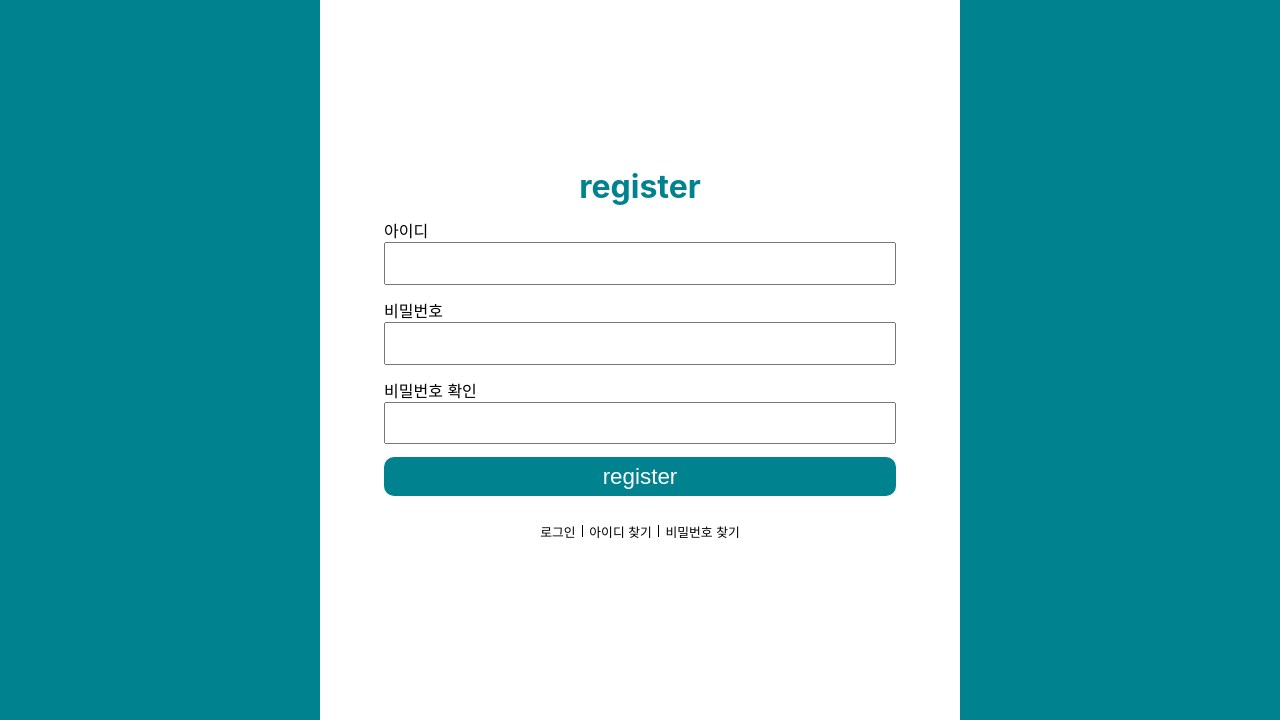
Repository: SeungYn/ticktickup-client
Page: /register
An editor plug-in stored every save of this project. The page is shown before and after the next save, followed by the edit.
The browser window is 1280 px wide. The pictures show the whole page.
The project was rebuilt for these pictures with package versions that can differ from the ones it lists, and the page was loaded fresh each time. Also part of the build but not shown: src/App.tsx, src/pages/Main.tsx, src/pages/TimeDetail.tsx, src/pages/MyInfo.tsx, src/components/common/ConfirmModal.tsx, src/containers/auth/LoginFormContainer.tsx, src/pages/LoginPage.tsx.

Above is the page before, as saved 2023-01-04 01:10:22.

### src/index.tsx
import React from 'react';
import ReactDOM from 'react-dom/client';
import { createBrowserRouter, RouterProvider } from 'react-router-dom';

import './index.css';
import App from './App';
import Main from './pages/Main';
import TimeDetail from './pages/TimeDetail';
import MyInfo from './pages/MyInfo';
import LoginContainer from './pages/LoginPage';
import RegisterPage from './pages/RegisterPage';
import { Provider } from 'react-redux';
import { store } from './modules';
import { ThemeProvider } from 'styled-components';

const root = ReactDOM.createRoot(
  document.getElementById('root') as HTMLElement
);

const router = createBrowserRouter([
  {
    path: '/',
    element: <App />,
    children: [
      { index: true, element: <Main /> },
      {
        path: 'TimeDetail',
        element: <TimeDetail />,
      },
      {
        path: 'Myinfo',
        element: <MyInfo />,
      },
    ],
  },
  {
    path: 'Login',
    element: <LoginContainer />,
  },
  {
    path: 'register',
    element: <RegisterPage />,
  },
]);

root.render(
  <Provider store={store}>
    <ThemeProvider theme={{ color: '#00838f' }}>
      <RouterProvider router={router}></RouterProvider>
    </ThemeProvider>
  </Provider>
);

### src/index.css
* {
  box-sizing: border-box;
}

html {
  height: 100%;
  width: 100%;
}

body {
  margin: 0;
  font-family: -apple-system, BlinkMacSystemFont, 'Segoe UI', 'Roboto', 'Oxygen',
    'Ubuntu', 'Cantarell', 'Fira Sans', 'Droid Sans', 'Helvetica Neue',
    sans-serif;
  -webkit-font-smoothing: antialiased;
  -moz-osx-font-smoothing: grayscale;
  height: 100%;
  width: 100%;
}

code {
  font-family: source-code-pro, Menlo, Monaco, Consolas, 'Courier New',
    monospace;
}

#root {
  height: 100%;
  width: 100%;
  background-color: #00838f;
  display: flex;
  justify-content: center;
}

input {
  outline: none;
}

h1,
h2 {
  margin: 0;
}

button {
  outline: none;
  background: none;
  border: none;
  cursor: pointer;
  padding: 0;
}

a {
  text-decoration: none;
  color: black;
}

a:visited {
  color: black;
}

### src/pages/RegisterPage.tsx
import React from 'react';
import RegisterFormContainer from '../containers/auth/RegisterFormContainer';

export default function RegisterPage() {
  const onSubmit = (e: React.FormEvent<HTMLFormElement>) => {
    e.preventDefault();
    console.log('submit');
  };
  return <RegisterFormContainer />;
}

### src/modules/index.ts
import { configureStore } from '@reduxjs/toolkit';
import authReducer from './auth';
import loadingReducer from './Loading';
import modalReducer from './modal';

export const store = configureStore({
  reducer: { auth: authReducer, loading: loadingReducer, modal: modalReducer },
});
export type RootState = ReturnType<typeof store.getState>;
export type AppDispatch = typeof store.dispatch;

### src/containers/auth/RegisterFormContainer.tsx
import { title } from 'process';
import React, { useEffect } from 'react';
import { useDispatch, useSelector } from 'react-redux';
import { useNavigate } from 'react-router-dom';
import AuthForm from '../../components/auth/AuthForm';
import { AppDispatch, RootState } from '../../modules';
import { authRegister, changeField, initialForm } from '../../modules/auth';
import { closeModal, openModal } from '../../modules/modal';

export default function RegisterFormContainer() {
  const navigate = useNavigate();
  const { register, authError, auth } = useSelector(
    (state: RootState) => state.auth
  );
  const { loading, modal } = useSelector((state: RootState) => state);
  const dispatch = useDispatch<AppDispatch>();
  const onSubmit = async (e: React.FormEvent<HTMLFormElement>) => {
    e.preventDefault();
    console.log('submit');

    const test = await dispatch(
      authRegister({ username: register.username, password: register.password })
    );
    console.log(test);
  };

  const onChange = (e: React.ChangeEvent<HTMLInputElement>) => {
    const { name, value } = e.target;
    dispatch(changeField({ form: 'register', name, value }));
  };

  const successRegister = () => {
    dispatch(closeModal());
    dispatch(initialForm());
    navigate('/login');
  };

  useEffect(() => {
    if (auth) {
      dispatch(openModal());
    }
  }, [auth]);

  return (
    <AuthForm
      type={'register'}
      form={register}
      onChange={onChange}
      onSubmit={onSubmit}
      loading={loading.loading}
      passwordMatch={register.passwordMatch}
      authError={authError}
      modalState={modal.state}
      modal={{
        title: '알림',
        content: '회원가입이 성공적으로 되었습니다.',
        callback: successRegister,
      }}
    />
  );
}

### src/modules/auth.ts
import { AxiosResponse } from 'axios';
import { createAsyncThunk, createSlice, PayloadAction } from '@reduxjs/toolkit';
import { AppDispatch } from '.';
import AuthService from '../service/authService';
import { finishLoading, startLoading } from './Loading';

const authService = AuthService.getHttpInstance();

export interface AuthSuccessResponse {
  username: string;
  token: string;
}

export interface AuthFailResponse {
  error: string;
}

export type Register = {
  username: string;
  password: string;
  passwordConfirm: string;
  passwordMatch: boolean;
  [key: string]: string | boolean;
};

export type Login = {
  username: string;
  password: string;
  [key: string]: string;
};

export const authRegister = createAsyncThunk<
  { token: string; username: string },
  { username: string; password: string },
  {
    rejectValue: AuthFailResponse;
    dispatch: AppDispatch;
  }
>('auth/REGISTER', async (form, thunkAPI) => {
  console.log('async');
  console.log(thunkAPI);
  thunkAPI.dispatch(startLoading());
  try {
    const res = (await authService.signup(
      form.username,
      form.password
    )) as AxiosResponse;

    return res.data;
  } catch (e) {
    //todo 에러메세지 가져오기

    return thunkAPI.rejectWithValue({ error: String(e) });
  } finally {
    thunkAPI.dispatch(finishLoading());
  }
});

export const authLogin = createAsyncThunk(
  'auth/LOGIN',
  async (form: Login, thunkAPI) => {
    thunkAPI.dispatch(startLoading());
    try {
      return { payload: { token: '123', username: '123' } };
    } catch (e) {
      return thunkAPI.rejectWithValue({ error: '123' });
    } finally {
      thunkAPI.dispatch(finishLoading());
    }
  }
);

interface InitialAuthFormState {
  register: Register;
  login: Login;
  authError: string | null | undefined;
  authDuplicateError: string | null;
  auth: null | { [key: string]: string };
}

const initialAuthFormState: InitialAuthFormState = {
  register: {
    username: '',
    password: '',
    passwordConfirm: '',
    passwordMatch: true,
  },

  login: {
    username: '',
    password: '',
  },
  authError: null,
  authDuplicateError: null,
  auth: null,
};

const authSlice = createSlice({
  name: 'authForm',
  initialState: initialAuthFormState,
  reducers: {
    changeField: (
      state,
      {
        payload,
      }: PayloadAction<{
        form: 'login' | 'register';
        value: string;
        name: string;
      }>
    ) => {
      const { form, name, value } = payload;

      state[form][name] = value;
      if (form === 'register') {
        if (state[form].password !== state[form].passwordConfirm)
          state[form].passwordMatch = false;
        else state[form].passwordMatch = true;
      }
    },
    initialForm: (state) => {
      state = initialAuthFormState;
    },
  },
  extraReducers: (builder) => {
    builder
      .addCase(authRegister.pending, (state, action) => {
        state.authError = null;
        console.log('pending auth');
      })
      .addCase(authRegister.fulfilled, (state, action) => {
        state.auth = action.payload;

        console.log('fulfilled auth');
      })
      .addCase(authRegister.rejected, (state, action) => {
        state.authError = action.payload?.error;
      })
      .addCase(authLogin.pending, (state, action) => {
        console.log('pending');
      })
      .addCase(authLogin.fulfilled, (state, action) => {
        console.log('fulfilled');
      })
      .addCase(authLogin.rejected, (state, action) => {
        console.log('rejected');
      });
  },
});

export const { changeField, initialForm } = authSlice.actions;

export default authSlice.reducer;

### src/modules/Loading.ts
import { createSlice } from '@reduxjs/toolkit';

const loadingSlice = createSlice({
  name: 'loading',
  initialState: { loading: false },
  reducers: {
    startLoading: (state) => {
      console.log('startLoading');
      state.loading = true;
    },
    finishLoading: (state) => {
      state.loading = false;
    },
  },
});

export const { startLoading, finishLoading } = loadingSlice.actions;
export default loadingSlice.reducer;

### src/modules/modal.ts
import { createSlice } from '@reduxjs/toolkit';

const modalSlice = createSlice({
  name: 'modal',
  initialState: { state: false },
  reducers: {
    openModal: (state) => {
      state.state = true;
    },
    closeModal: (state) => {
      state.state = false;
    },
  },
});

export const { openModal, closeModal } = modalSlice.actions;
export default modalSlice.reducer;

### src/components/auth/AuthForm.tsx
import styles from './authForm.modue.scss';
import classNames from 'classnames';
import AuthBtn from '../common/AuthBtn';
import { Link } from 'react-router-dom';
import { Login, Register } from '../../modules/auth';
import { AppDispatch } from '../../modules';
import React from 'react';
import { css } from 'styled-components';
import ConfirmModal, { ModalType } from '../common/ConfirmModal';
const cx = classNames.bind(styles);
interface AuthFormType {
  type: string;
  form: Login | Register;
  loading?: boolean;
  passwordMatch?: boolean;
  onSubmit: (e: React.FormEvent<HTMLFormElement>) => void;
  onChange: (e: React.ChangeEvent<HTMLInputElement>) => void;
  authError?: null | string;
  modalState?: boolean;
  modal?: {
    title: string;
    content: string;
    callback: () => void;
  };
}

export default function AuthForm({
  type,
  form,
  onChange,
  onSubmit,
  loading,
  passwordMatch,
  authError,
  modalState,
  modal,
}: AuthFormType) {
  console.log(passwordMatch);
  return (
    <>
      {modalState && <ConfirmModal modal={modal as ModalType}></ConfirmModal>}
      <form className={cx('form')} onSubmit={onSubmit}>
        <h1>{type}</h1>
        <label htmlFor='username'>
          아이디
          <input
            type='text'
            name='username'
            onChange={onChange}
            value={form.username}
            required
          />
        </label>

        <label htmlFor='password'>
          비밀번호
          <input
            type='password'
            name='password'
            onChange={onChange}
            value={form.password}
            required
          />
        </label>

        {type === 'register' && (
          <label htmlFor='password' id='label-last'>
            <div>
              <span>비밀번호 확인</span>{' '}
              {!passwordMatch && (
                <span className={cx({ passwordNotMatch: !passwordMatch })}>
                  비밀번호를 확인해 주세요
                </span>
              )}
            </div>
            <input
              type='password'
              name='passwordConfirm'
              value={form.passwordConfirm}
              onChange={onChange}
              required
            />
          </label>
        )}
        {authError && <span style={{ color: 'red' }}>{authError}</span>}
        <AuthBtn title={type} />

        <div className={cx('footer')}>
          {type === 'login' ? (
            <Link to='/register' className={cx('footerBtn')}>
              회원가입
            </Link>
          ) : (
            <Link to='/login' className={cx('footerBtn')}>
              로그인
            </Link>
          )}
          <span className={cx('gap')}></span>
          <button className={cx('footerBtn')}>아이디 찾기</button>
          <span className={cx('gap')}></span>
          <button className={cx('footerBtn')}>비밀번호 찾기</button>
        </div>
      </form>
    </>
  );
}

### src/service/authService.ts
import { AxiosPromise, AxiosResponse } from 'axios';
import Http, { HttpInterface } from '../network/http';
export default class AuthService {
  private static instance: AuthService;

  private constructor(private http: HttpInterface) {}

  async signup(username: string, password: string) {
    const data = await this.http.fetch('/auth/signup', {
      method: 'POST',
      data: JSON.stringify({ username, password }),
    });
    console.log('data', data);
    return data;
  }

  public static getHttpInstance() {
    if (!AuthService.instance) {
      AuthService.instance = new AuthService(Http.getHttpInstance());
    }
    return AuthService.instance;
  }
}

### src/components/auth/authForm.modue.scss
@import '../../styles/utils.scss';

.form {
  width: 50%;
  min-width: 500px;
  height: 100%;
  display: flex;
  flex-direction: column;
  justify-content: center;
  align-items: center;
  background-color: $backgroundColor;
  padding: 0 4rem;

  & > * {
    margin-top: 0.8rem;
  }

  & > *:not(label) {
    margin-bottom: 0.8rem;
  }

  & > h1 {
    margin: 0;
    color: $main-color;
  }

  & input {
    font-size: 1.4rem;
    padding: 0.4rem 0;
  }

  & label {
    width: 100%;
    display: flex;
    flex-direction: column;
  }
}

.footer {
  display: flex;
  align-items: center;
}

.gap {
  display: inline-block;
  height: 0.8rem;
  border-left: 1px solid black;
}

.footerBtn {
  font-size: 0.8rem;
  padding: 0 0.4rem;
}

.passwordNotMatch {
  color: red;
}

@media (max-width: 800px) {
  .form {
  }
}

### src/components/common/AuthBtn.tsx
import styled from 'styled-components';

interface AuthBtnType {
  title: string;
}

const StyledInput = styled.button`
  width: 100%;

  font-size: 1.4rem;
  border: none;
  background: #00838f;
  border-radius: 10px;
  padding: 0.4rem 0;
  color: white;

  &:hover {
    cursor: pointer;
  }
`;

export default function AuthBtn({ title }: AuthBtnType) {
  return <StyledInput>{title}</StyledInput>;
}

### src/network/http.ts
import axios, {
  AxiosError,
  AxiosInstance,
  AxiosInterceptorOptions,
  AxiosRequestConfig,
  AxiosResponse,
} from 'axios';

export interface HttpInterface {
  fetch: (
    url: string,
    options: AxiosRequestConfig
  ) => Promise<AxiosResponse | AxiosError>;
}

export default class Http implements HttpInterface {
  private static instance: Http;
  private readonly client: AxiosInstance;
  private constructor(baseURL: string) {
    this.client = axios.create({
      baseURL: baseURL,
      withCredentials: true,
    });
  }

  async fetch(
    url: string,
    options: AxiosRequestConfig
  ): Promise<AxiosResponse> {
    this.client.defaults.headers.post['Content-Type'] = 'application/json';
    const { data, method, headers } = options;
    const request = {
      url,
      method,
      headers: {
        ...headers,
      },
      data,
    };
    let res: AxiosResponse;

    try {
      res = await this.client(request);
      return res;
    } catch (e) {
      if (axios.isAxiosError(e)) {
        const message = e.response?.data?.message;
        if (message) {
          throw new Error(message);
        }
      }
      throw new Error('Connect Error');
    }
  }
  public static getHttpInstance() {
    if (!Http.instance) {
      Http.instance = new Http(process.env.REACT_APP_BASE_URL as string);
    }
    return Http.instance;
  }
}

const a: HttpInterface = Http.getHttpInstance();

### src/styles/utils.scss
@import '~include-media/dist/include-media';

$red: #fa5252;
$orange: #fd7e14;
$yellow: #fcc419;
$green: #40c057;
$blue: #339af0;
$indigo: #5c7cfa;
$violet: #7950f2;
$backgroundColor: white;
$main-color: #00838f;
$font-size-medium: 1.2rem;
@mixin square($size) {
  $calculated: 32px * $size;
  width: $calculated;
  height: $calculated;
}

Loaded but not shown: public/index.html (common file)

After the next save:
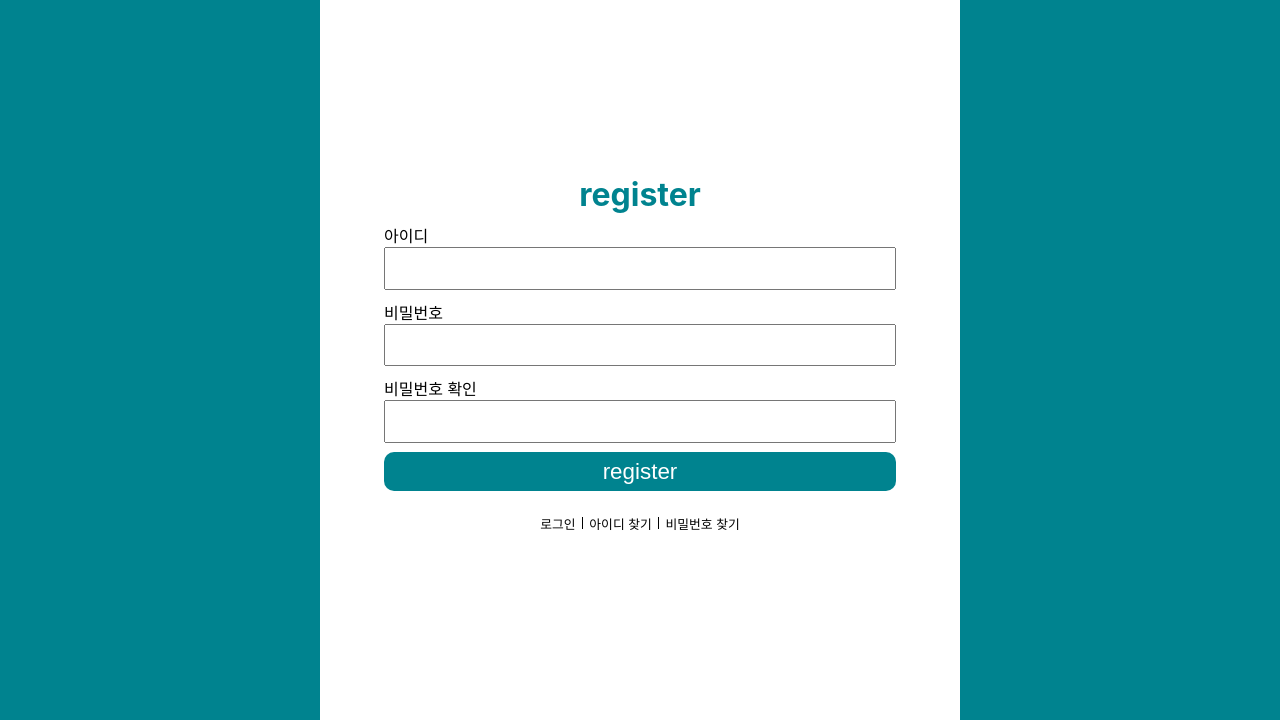
Saved 6 s later.
--- a/src/components/auth/authForm.modue.scss
+++ b/src/components/auth/authForm.modue.scss
@@ -12,7 +12,7 @@
   padding: 0 4rem;
 
   & > * {
-    margin-top: 0.8rem;
+    margin-top: 0.6rem;
   }
 
   & > *:not(label) {
